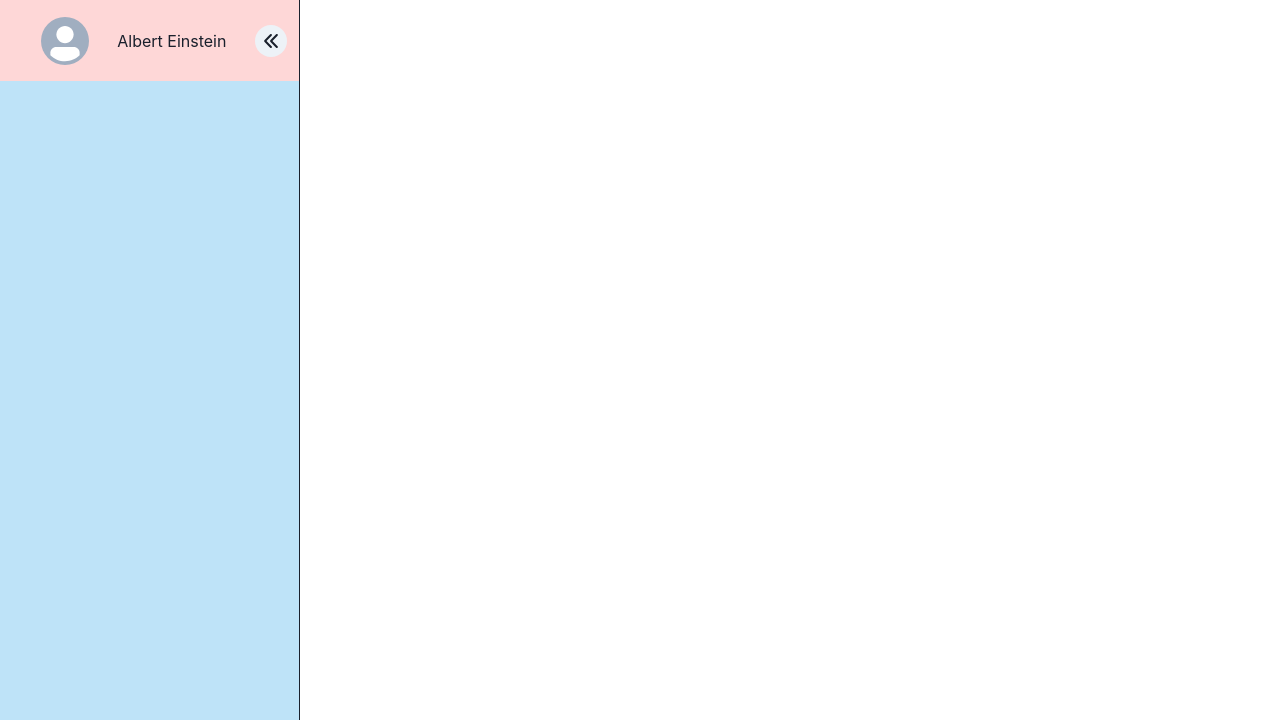
Repository: Siva20021/chat-app
Page: /
An editor plug-in stored every save of this project. The page is shown before and after a run of saves, followed by the edit.
The browser window is 1280 px wide. The pictures show the whole page.
The project was rebuilt for these pictures with package versions that can differ from the ones it lists, and the page was loaded fresh each time. The framework's server and built-in components were replaced by stand-ins that run in the browser. Also part of the build but not shown: next.config.js, components/Login.js.

Above is the page before, as saved 2022-06-05 12:00:16.

### pages/_app.js
import { ChakraProvider } from "@chakra-ui/react"
import Login from "../components/Login"
import Sidebar from "../components/Sidebar"


function MyApp({ Component, pageProps }) {
  //return <Component {...pageProps} />
  return(
    <ChakraProvider>
      <Sidebar/>
    </ChakraProvider>
  )
}

export default MyApp

### pages/index.js
import Head from 'next/head'


export default function Home() {
  return (
    <div>
      <Head>
        <title>Create Next App</title>
        <meta name="description" content="Generated by create next app" />
        <link rel="icon" href="/favicon.ico" />
      </Head>
    </div>
  )
}

### components/Sidebar.js
import { ArrowLeftIcon } from '@chakra-ui/icons'
import { Avatar, Flex, IconButton, Text } from '@chakra-ui/react'
import React from 'react'

export default function Sidebar() {
  return (
    <Flex
        bg="blue.100"
        w="300px"
        h="100vh"
        borderEnd="1px solid"
        borderColors="gray.200"
    >
        <Flex
            bg="red.100"
            h="81px" w="100%"
            align="center"
            justifyContent="space-between"
            p={3}

        >
            <Flex>

            </Flex>
            <Avatar src="" />
            <Text>Albert Einstein</Text>
            <IconButton size="sm" isRound icon={<ArrowLeftIcon/>}/>
        </Flex>
    </Flex>
  )
}

After the next 2 saves:
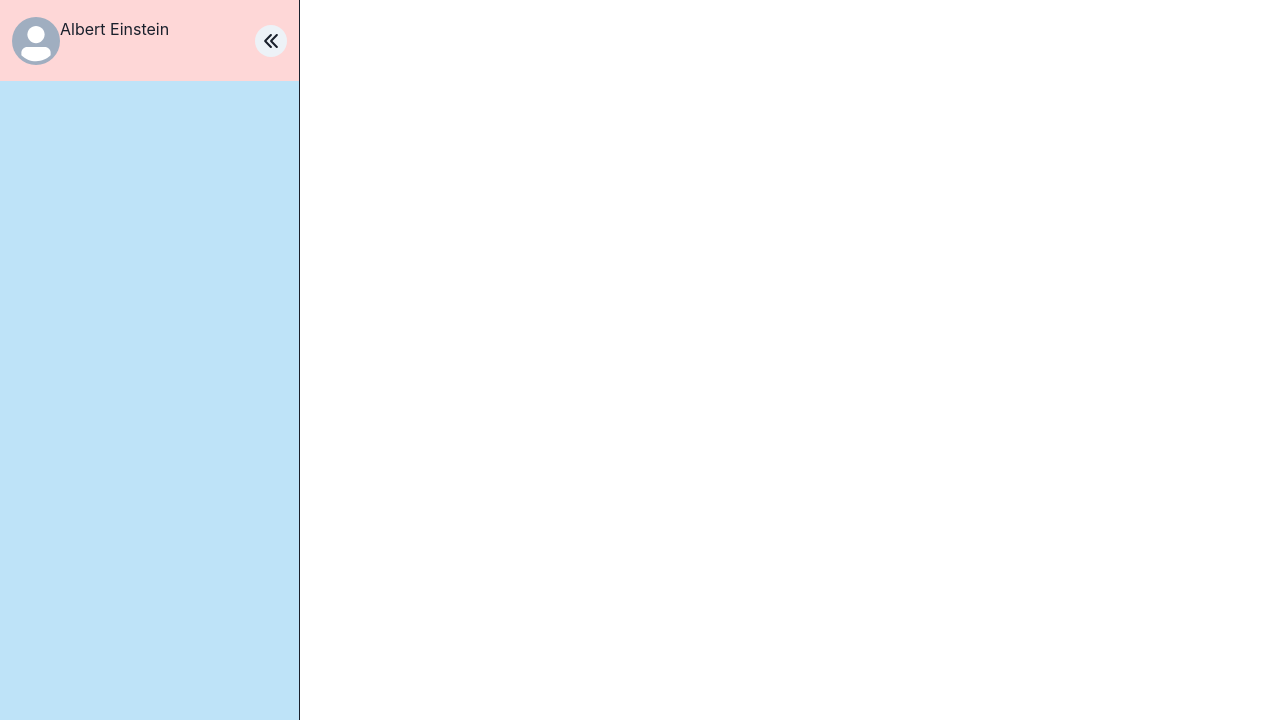
The 2 saves are shown as one change because they came seconds apart.
The last was saved 13 s later.
--- a/components/Sidebar.js
+++ b/components/Sidebar.js
@@ -20,10 +20,10 @@ export default function Sidebar() {
 
         >
             <Flex>
-
-            </Flex>
             <Avatar src="" />
             <Text>Albert Einstein</Text>
+            </Flex>
+
             <IconButton size="sm" isRound icon={<ArrowLeftIcon/>}/>
         </Flex>
     </Flex>
